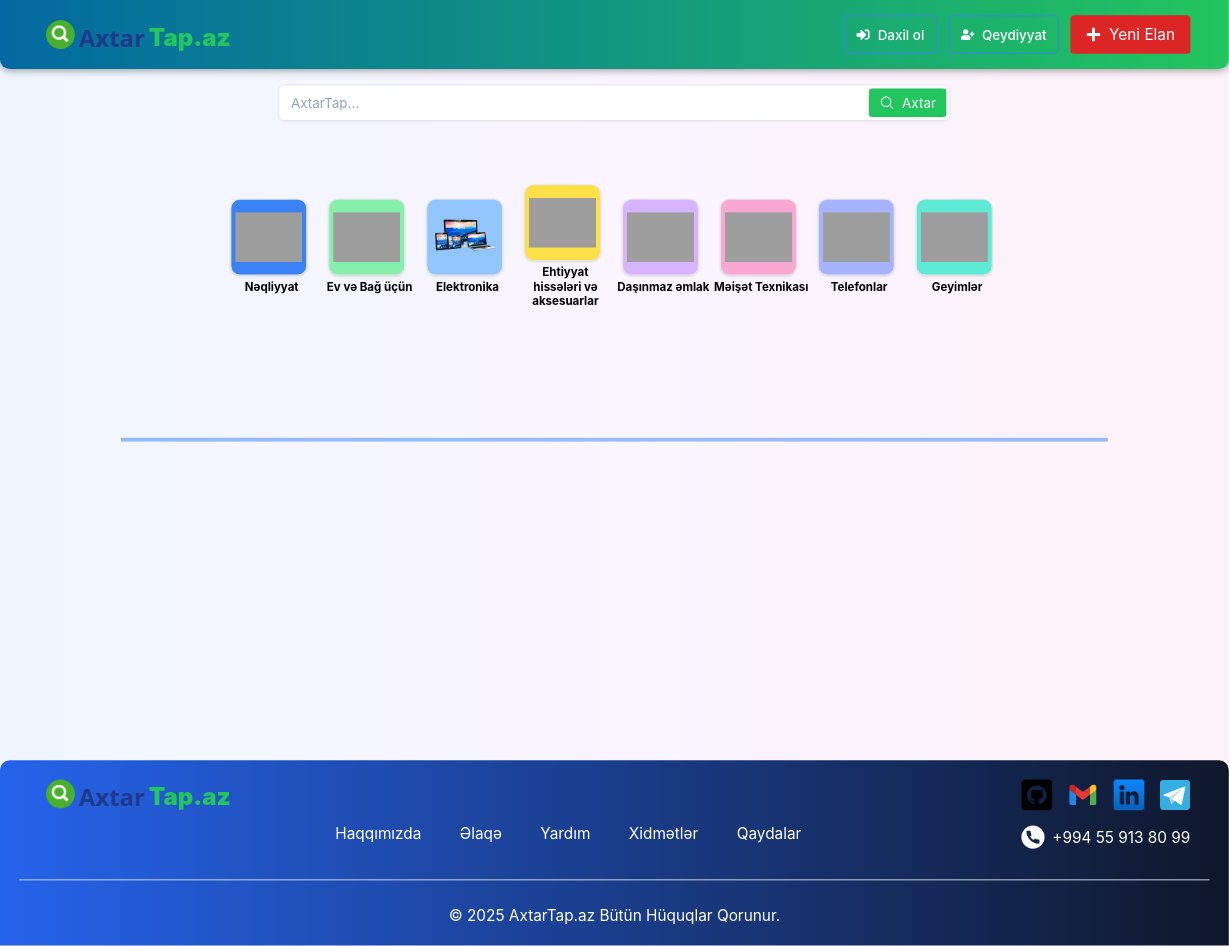
Repository: Omur56/AxtarTap.az
Page: /
These files come from the project's save history. The page is drawn as it stood at one moment and after the next save; the edit follows.
The browser window is 1280 px wide. The pictures show the whole page, at 96% of full size.
Pictures or frames that could not be fetched are drawn as grey boxes. The page's requests for data from a server got no answer. The project was rebuilt for these pictures with package versions that can differ from the ones it lists, and the page was loaded fresh each time. Some packages were replaced by stand-ins written for this rebuild. No one was signed in, and anything a server would have sent is missing. Also part of the build but not shown: src/pages/About/index.jsx, src/pages/Contact/index.jsx, src/pages/Qaydalar/index.jsx, src/pages/Yardım/index.jsx, src/pages/Xidmetler/index.jsx, src/components/CreatePostNeqliyyat/index.jsx, src/pages/Katalog/Neqliyyat/index.jsx, src/components/CreatePostHome/index.jsx and 30 more.

Above is the page before, as saved 2025-08-21 20:03:37.

After the next save:
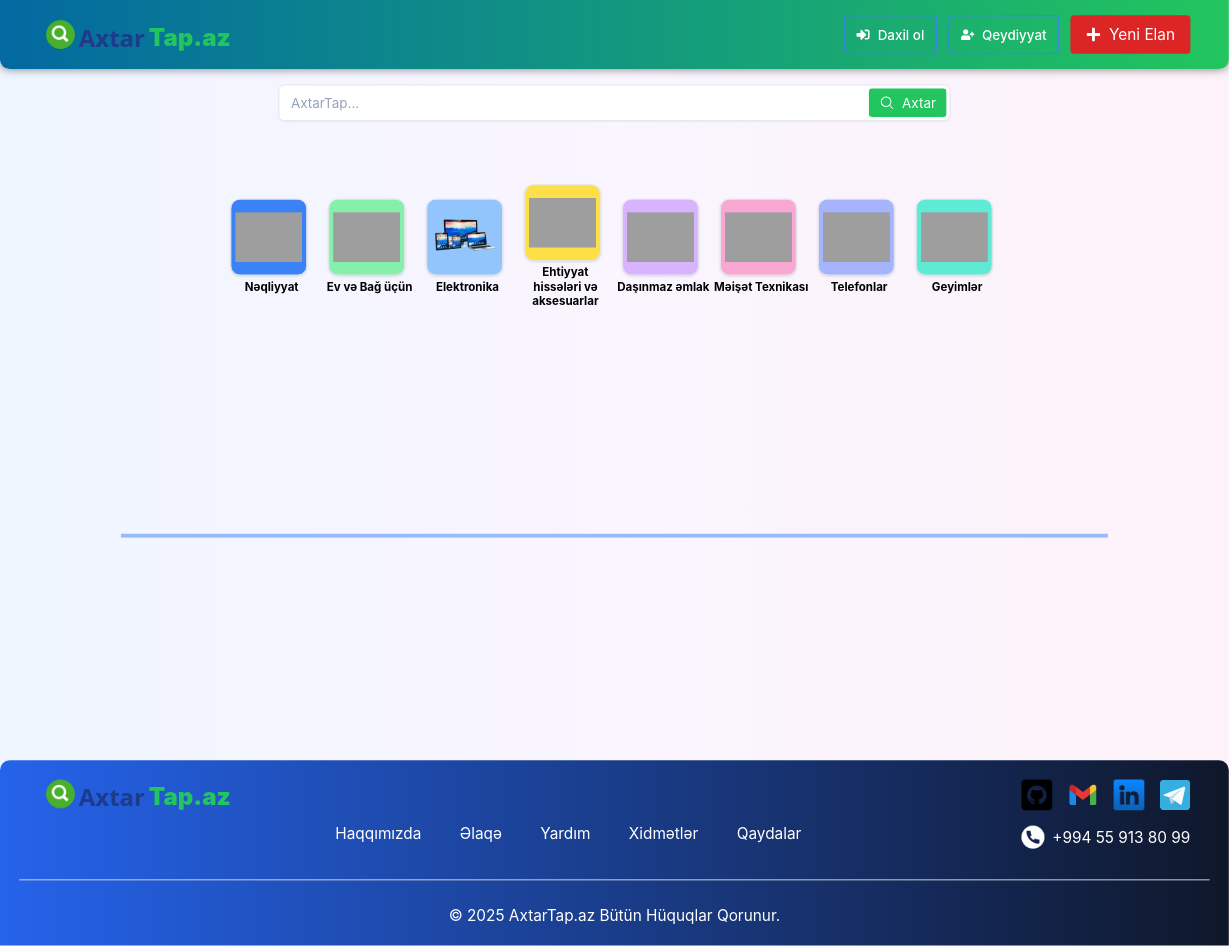
Saved 5 s later.
--- a/src/pages/Home/index.jsx
+++ b/src/pages/Home/index.jsx
@@ -310,7 +310,7 @@
     <BottomMenu />
     <main className="   max-w-5xl mx-auto ">
 
-    <div className="max-h-[250px]">
+    <div className="max-h-[350px]">
        <Katalog />
     </div>
  <div className="mt-4">
